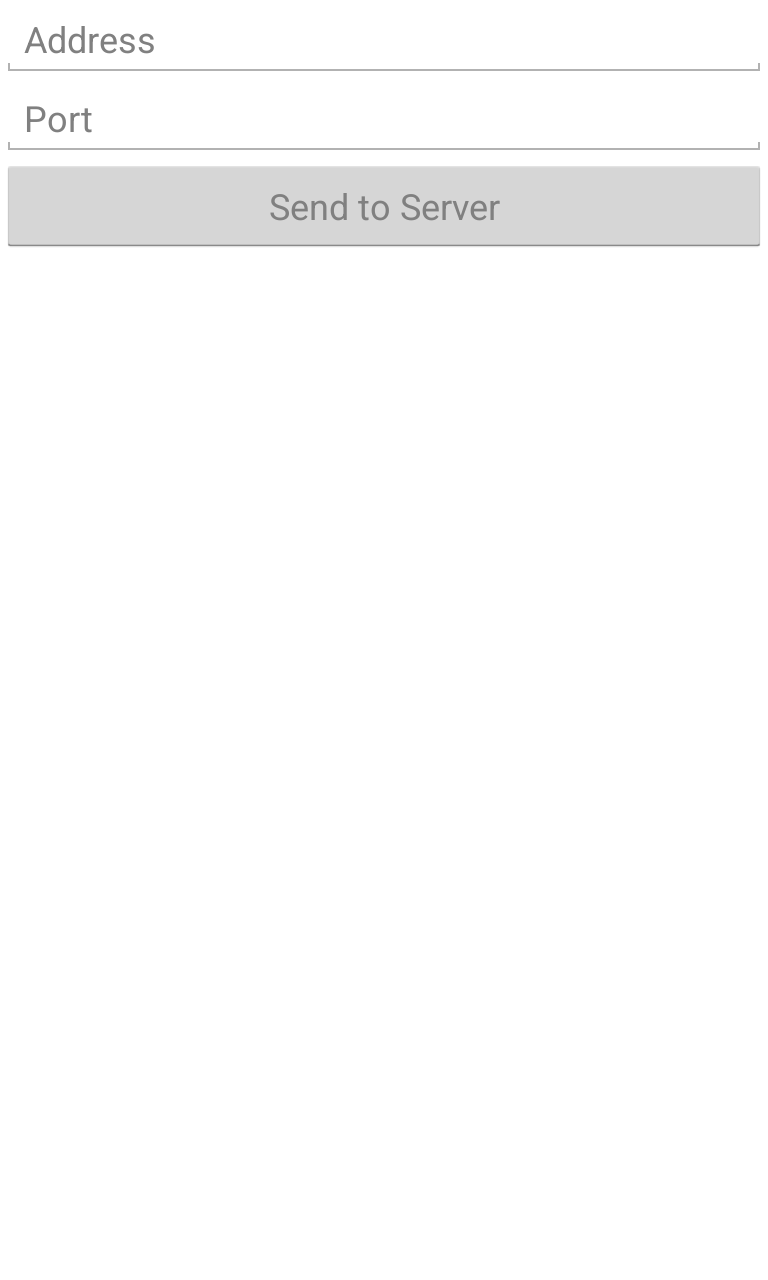
Repository: radupoenaru1992/PracticalTest02Var01
Layout: PracticalTest02Var01/res/layout/fragment_client.xml
These files come from the project's save history. The layout is drawn as it stood at one moment and after the next save; the edit follows.
It is drawn on a 768 x 1280 px phone screen (xhdpi) without system bars, with theme AppTheme; the app's code is not run.

Above is the layout before, as saved 2015-05-18 15:26:18.

### PracticalTest02Var01/res/layout/fragment_client.xml
<?xml version="1.0" encoding="utf-8"?>
<LinearLayout xmlns:android="http://schemas.android.com/apk/res/android"
    android:layout_width="match_parent"
    android:layout_height="match_parent"
    android:orientation="vertical" >

    <EditText
    	    android:id="@+id/etAdresa"
        	android:layout_width="match_parent"
        	android:layout_height="wrap_content"
        	android:hint="Address"
        	/>

    	<EditText
    	    android:id="@+id/etPort"
        	android:layout_width="match_parent"
        	android:layout_height="wrap_content"
        	android:hint="Port"
        	/>



    	<Button
    	    android:id="@+id/bClient"
    	    android:layout_width="match_parent"
    	    android:layout_height="wrap_content"
    	    android:hint="Send to Server"/>

    	<TextView
    	    android:id="@+id/tvClient"
        	android:layout_width="match_parent"
        	android:layout_height="wrap_content"
        	android:enabled="false"
        	/>


</LinearLayout>

Loaded but not shown: PracticalTest02Var01/res/values/styles.xml (common file); PracticalTest02Var01/res/values-v11/styles.xml (common file); PracticalTest02Var01/res/values-v14/styles.xml (common file)

After the next save:
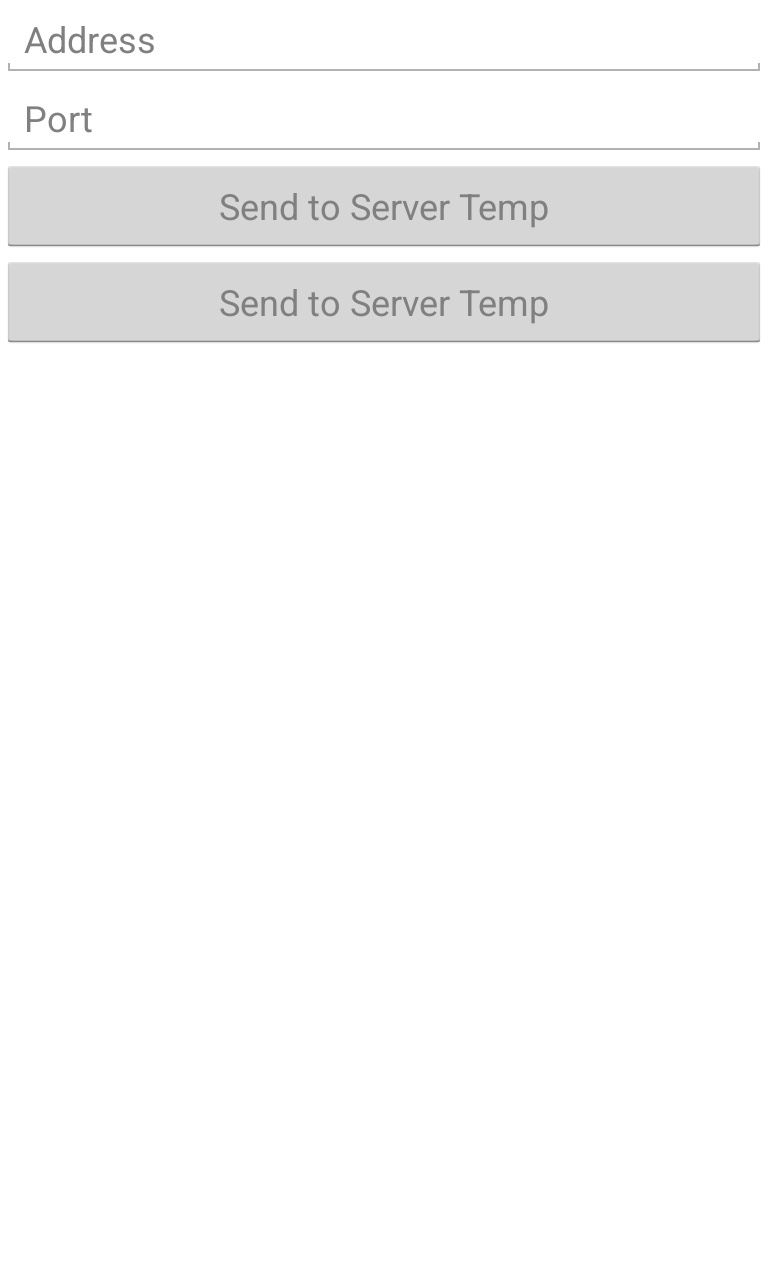
Saved 17 s later.
--- a/PracticalTest02Var01/res/layout/fragment_client.xml
+++ b/PracticalTest02Var01/res/layout/fragment_client.xml
@@ -21,10 +21,16 @@
 
 
     	<Button
+    	    android:id="@+id/bClientTemp"
+    	    android:layout_width="match_parent"
+    	    android:layout_height="wrap_content"
+    	    android:hint="Send to Server Temp"/>
+
+    	<Button
     	    android:id="@+id/bClient"
     	    android:layout_width="match_parent"
     	    android:layout_height="wrap_content"
-    	    android:hint="Send to Server"/>
+    	    android:hint="Send to Server Temp"/>
 
     	<TextView
     	    android:id="@+id/tvClient"
